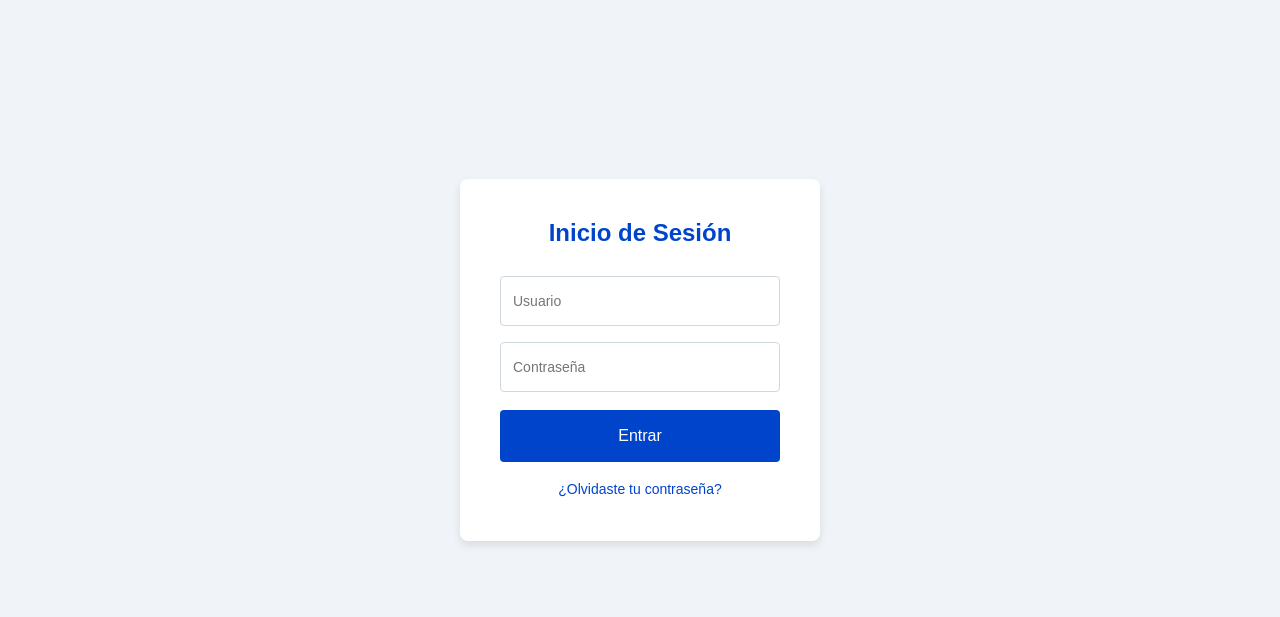
Repository: LexusJack/ProyectoDilanFork
Page: create.html
The author's editor kept a copy of each file at every save. The page is drawn from the files as they stood at one save, then again after the next save.
The browser window is 1280 px wide. The pictures show the whole page.

Above is the page before, as saved 2024-10-21 09:46:13.

### create.html
<!DOCTYPE html>
<html lang="en">
  <head>
    <title>Iniciar Sesión</title>
    <meta charset="UTF-8" />
    <meta name="viewport" content="width=device-width, initial-scale=1.0" />
    <link rel="stylesheet" href="css/bootstrap.css" />
    <link rel="stylesheet" href="css/style.css" />
    <style>
      body {
        background-color: #f0f4f8;
        display: flex;
        justify-content: center;
        align-items: center;
        height: 100vh;
        margin: 0;
        font-family: 'Montserrat', sans-serif;
      }

      .login-container {
        background-color: #ffffff;
        padding: 40px;
        border-radius: 8px;
        box-shadow: 0 4px 8px rgba(0, 0, 0, 0.1);
        max-width: 360px;
        width: 100%;
      }

      .login-container h2 {
        text-align: center;
        margin-bottom: 20px;
        color: #0044cc;
        font-size: 24px;
        font-weight: 600;
      }

      .login-container input {
        width: 100%;
        padding: 12px;
        margin: 8px 0;
        border: 1px solid #cfd8dc;
        border-radius: 4px;
        font-size: 14px;
      }

      .login-container button {
        width: 100%;
        padding: 12px;
        margin-top: 10px;
        background-color: #0044cc;
        color: white;
        border: none;
        border-radius: 4px;
        font-size: 16px;
        cursor: pointer;
      }

      .login-container button:hover {
        background-color: #003399;
      }

      .login-container a {
        display: block;
        text-align: center;
        margin-top: 15px;
        color: #0044cc;
        text-decoration: none;
        font-size: 14px;
      }

      .login-container a:hover {
        text-decoration: underline;
      }
    </style>
  </head>

  <body>
    <div class="login-container">
      <h2>Inicio de Sesión</h2>
      <form id="loginForm">
        <input type="text" name="username" placeholder="Usuario" required />
        <input type="password" name="password" placeholder="Contraseña" required />
        <button type="submit">Entrar</button>
        <a href="#">¿Olvidaste tu contraseña?</a>
      </form>
    </div>

    <script>
      document.getElementById('loginForm').addEventListener('submit', async function (e) {
        e.preventDefault();
        const username = e.target.username.value;
        const password = e.target.password.value;

        try {
          const response = await fetch('http://localhost:3001/api/auth/login', {
            method: 'POST',
            headers: {
              'Content-Type': 'application/json'
            },
            body: JSON.stringify({ username, password }),
            credentials: 'include' // Enviar cookies de sesión
          });

          if (response.ok) {
            const user = {
              username: username,
              loginTime: new Date().toLocaleString() // Guardar la hora de conexión
            };

            localStorage.setItem('user', JSON.stringify(user)); // Guardar usuario en localStorage
            window.location.href = 'histologia.html'; // Redirigir a histología
          } else {
            const errorData = await response.json();
            alert(errorData.message);
          }
        } catch (error) {
          console.error('Error:', error);
          alert('Hubo un problema con la solicitud.');
        }
      });
    </script>
  </body>
</html>

Loaded but not shown: css/bootstrap.css (library); css/style.css (library)

After the next save:
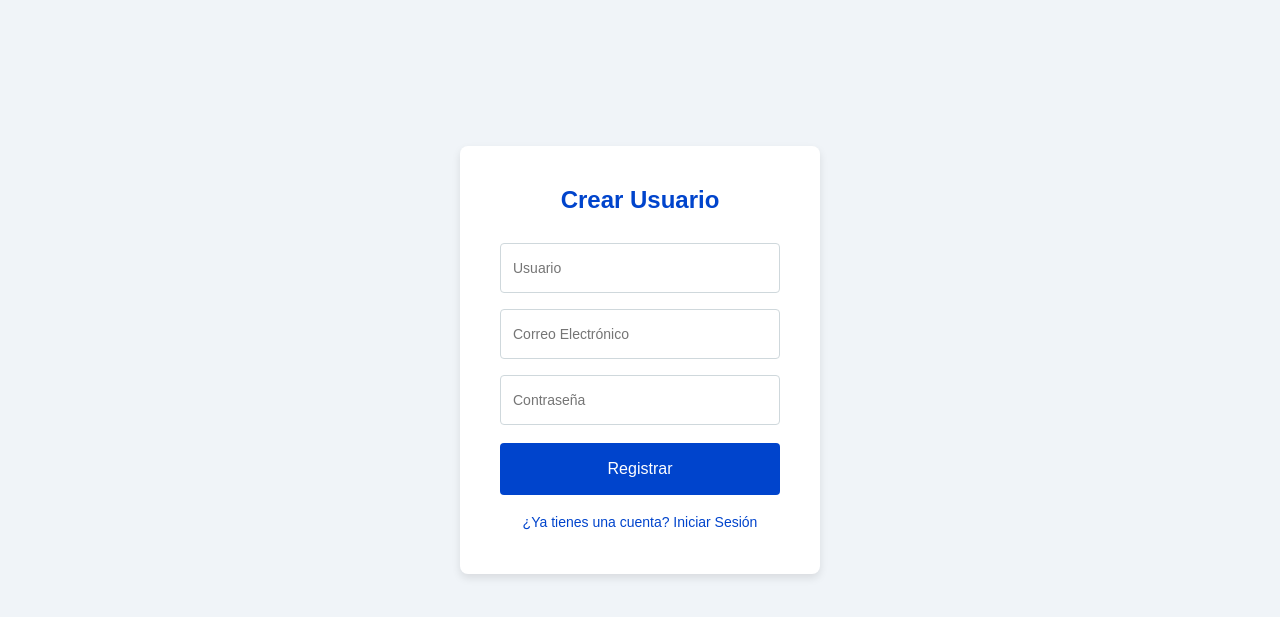
Saved 21 min 18 s later.
--- a/create.html
+++ b/create.html
@@ -1,7 +1,7 @@
 <!DOCTYPE html>
 <html lang="en">
   <head>
-    <title>Iniciar Sesión</title>
+    <title>Crear Usuario</title>
     <meta charset="UTF-8" />
     <meta name="viewport" content="width=device-width, initial-scale=1.0" />
     <link rel="stylesheet" href="css/bootstrap.css" />
@@ -17,7 +17,7 @@
         font-family: 'Montserrat', sans-serif;
       }
 
-      .login-container {
+      .register-container {
         background-color: #ffffff;
         padding: 40px;
         border-radius: 8px;
@@ -26,7 +26,7 @@
         width: 100%;
       }
 
-      .login-container h2 {
+      .register-container h2 {
         text-align: center;
         margin-bottom: 20px;
         color: #0044cc;
@@ -34,7 +34,7 @@
         font-weight: 600;
       }
 
-      .login-container input {
+      .register-container input {
         width: 100%;
         padding: 12px;
         margin: 8px 0;
@@ -43,7 +43,7 @@
         font-size: 14px;
       }
 
-      .login-container button {
+      .register-container button {
         width: 100%;
         padding: 12px;
         margin-top: 10px;
@@ -55,11 +55,11 @@
         cursor: pointer;
       }
 
-      .login-container button:hover {
+      .register-container button:hover {
         background-color: #003399;
       }
 
-      .login-container a {
+      .register-container a {
         display: block;
         text-align: center;
         margin-top: 15px;
@@ -68,47 +68,44 @@
         font-size: 14px;
       }
 
-      .login-container a:hover {
+      .register-container a:hover {
         text-decoration: underline;
       }
     </style>
   </head>
 
   <body>
-    <div class="login-container">
-      <h2>Inicio de Sesión</h2>
-      <form id="loginForm">
+    <div class="register-container">
+      <h2>Crear Usuario</h2>
+      <form id="registerForm">
         <input type="text" name="username" placeholder="Usuario" required />
+        <input type="email" name="email" placeholder="Correo Electrónico" required />
         <input type="password" name="password" placeholder="Contraseña" required />
-        <button type="submit">Entrar</button>
-        <a href="#">¿Olvidaste tu contraseña?</a>
+        <button type="submit">Registrar</button>
+        <a href="#">¿Ya tienes una cuenta? Iniciar Sesión</a>
       </form>
     </div>
 
     <script>
-      document.getElementById('loginForm').addEventListener('submit', async function (e) {
+      document.getElementById('registerForm').addEventListener('submit', async function (e) {
         e.preventDefault();
+
         const username = e.target.username.value;
+        const email = e.target.email.value; // Nuevo campo para el correo electrónico
         const password = e.target.password.value;
 
         try {
-          const response = await fetch('http://localhost:3001/api/auth/login', {
+          const response = await fetch('http://localhost:3001/api/auth/register', { // Cambiar la URL a tu endpoint de registro
             method: 'POST',
             headers: {
               'Content-Type': 'application/json'
             },
-            body: JSON.stringify({ username, password }),
-            credentials: 'include' // Enviar cookies de sesión
+            body: JSON.stringify({ username, email, password }), // Incluir el correo electrónico en el cuerpo
           });
 
           if (response.ok) {
-            const user = {
-              username: username,
-              loginTime: new Date().toLocaleString() // Guardar la hora de conexión
-            };
-
-            localStorage.setItem('user', JSON.stringify(user)); // Guardar usuario en localStorage
-            window.location.href = 'histologia.html'; // Redirigir a histología
+            alert('Usuario creado exitosamente. Puedes iniciar sesión ahora.');
+            window.location.href = 'login.html'; // Redirigir a la página de inicio de sesión
           } else {
             const errorData = await response.json();
             alert(errorData.message);
